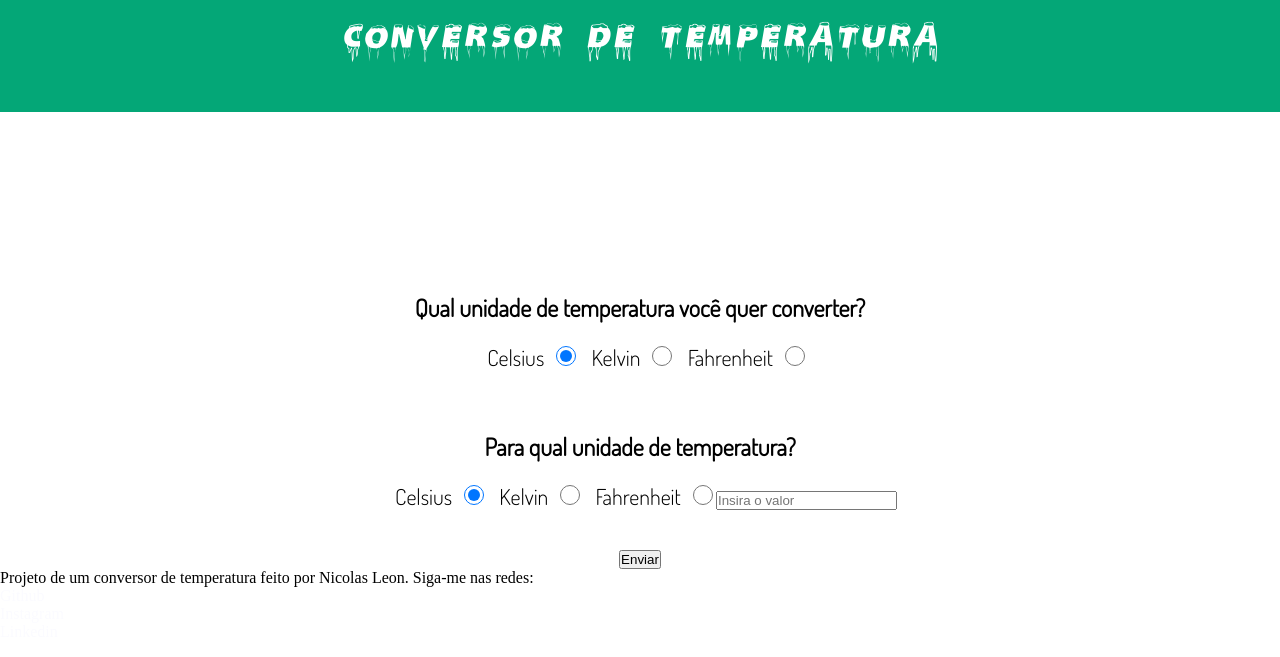
Repository: Leonngc/Conversor-de-temperatura
Page: index.html
An editor plug-in stored every save of this project. The page is shown before and after a run of saves, followed by the edit.
The browser window is 1280 px wide. The pictures show the whole page.
Some icons come from a web library that is not loaded, so they are not drawn.

Above is the page before, as saved 2023-02-10 23:31:06.

### index.html
<!DOCTYPE html>
<html lang="pt-br">
<head>
    <meta charset="UTF-8">
    <meta http-equiv="X-UA-Compatible" content="IE=edge">
    <meta name="viewport" content="width=device-width, initial-scale=1.0">
    <link rel='stylesheet' href='https://cdn-uicons.flaticon.com/uicons-bold-straight/css/uicons-bold-straight.css'>
    <link rel="stylesheet" href="style.css">
    <title>Conversor de temperatura</title>
</head>
<body>
    <header>
        <h1>Conversor de Temperatura</h1>
        <button id="menu-button"><i class="fi fi-bs-menu-burger"></i></button>

        <menu>
            <ul id="links-menu">
                <li><a href="">Sobre a página</a></li>
                <li><a href="">História</a></li>
                <li><a href="">Outros Projetos</a></li>
            </ul>
        </menu>
    </header>

    <main>
       <form>
        <h2>Qual unidade de temperatura você quer converter?</h2>
        <label for="celsius">Celsius</label><input type="radio" name="unidade" id="celsius" class="unidades" checked>
        <label for="kelvin">Kelvin</label><input type="radio" name="unidade" class="unidades" id="kelvin">
        <label for="fahrenheit">Fahrenheit</label><input type="radio" name="unidade" class="unidades" id="fahrenheit">
        <br>
       </form>
       <form>
        <h2>Para qual unidade de temperatura?</h2>
        <label for="cel-res">Celsius</label><input type="radio" name="res-unidade" id="cel-res" class="res-unidades"  checked>
        <label for="kel-res">Kelvin</label><input type="radio" name="res-unidade" id="kel-res" class="res-unidades">
        <label for="fah-res">Fahrenheit</label><input type="radio" name="res-unidade" id="fah-res" class="res-unidades">
        <input type="number" name="graus" id="graus" placeholder="Insira o valor">
       </form>
       <button id="submit">Enviar</button>
    </main>

    <footer>
        <p>Projeto de um conversor de temperatura feito por Nicolas Leon. Siga-me nas redes: </p>
        <ul>
            <li><a href="">Github</a></li>
            <li><a href="">Instagram</a></li>
            <li><a href="">Linkedin</a></li>
        </ul>
    </footer>
</body>
</html>

### style.css
@charset "UTF-8";
@import url('https://fonts.googleapis.com/css2?family= Dosis:wght@300 & display = swap');
@font-face {
    font-family: Title;
    src: url(fonts/IceCaps.ttf);
}

:root{
    --yellow: #F7FF58;
    --snow: #FBFBFF;
    --blackout: #040F16;
    --dosis: 'Dosis', sans-serif;
}

*{
    margin: 0;
    padding: 0;
    box-sizing: border-box;
}

header{
    background-color: #04A777;
    margin-bottom: 160px;
    max-width: 100vw;
    color: white;
}

header > h1{
    font-family: Title, sans-serif;
    font-weight: lighter;
    text-align: center;
    font-size: 45px;
    padding: 22px;
}

menu{
    background-color: #05C78D;
    padding: 20px;
    max-width: 100vw;
    display: none;
}

menu > ul{
    margin-left: 20px;
    font-size: 20px;
    font-family: var(--dosis);
    font-weight: bold;
    color: white;
}

menu > ul > li{
    padding: 5px;
}

li > a{
    text-decoration: none;
    color: #FBFBFF;
}

li > a:hover{
    color: #03583e;
    text-decoration: underline;
}

#menu-button{
    background-color: #03583e00;
    border: none;
    color: white;
    font-size: 40px;
    margin-left: 15px;
    margin-bottom: 12px;
}

main{
    text-align: center;
}

form{
    margin: 40px;
    font-family: var(--dosis);

}

form > h2{
    padding: 20px;
}

.unidades, .res-unidades{
    height: 20px;
    width: 20px;
}

label{
    font-size: 22px;
    padding: 12px;
}

After the next 4 saves:
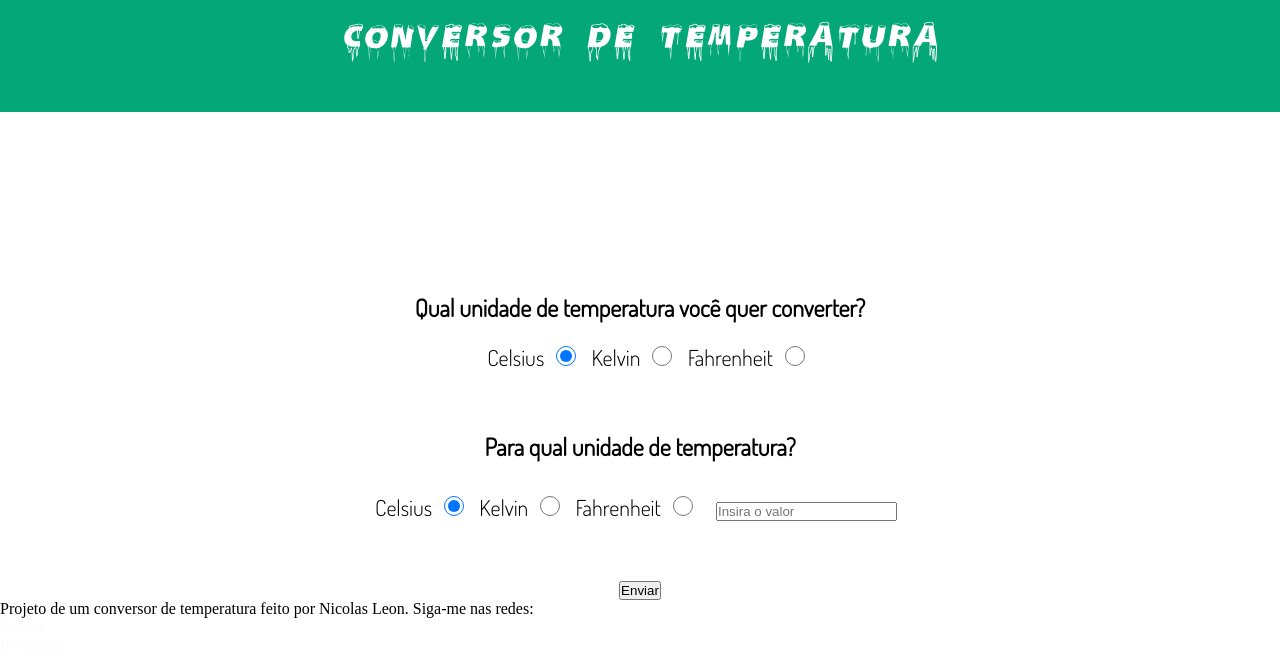
The 4 saves are shown as one change because they came seconds apart.
The last was saved 20 s later.
--- a/style.css
+++ b/style.css
@@ -94,3 +94,7 @@ label{
     font-size: 22px;
     padding: 12px;
 }
+
+#graus{
+    margin: 20px;
+}
